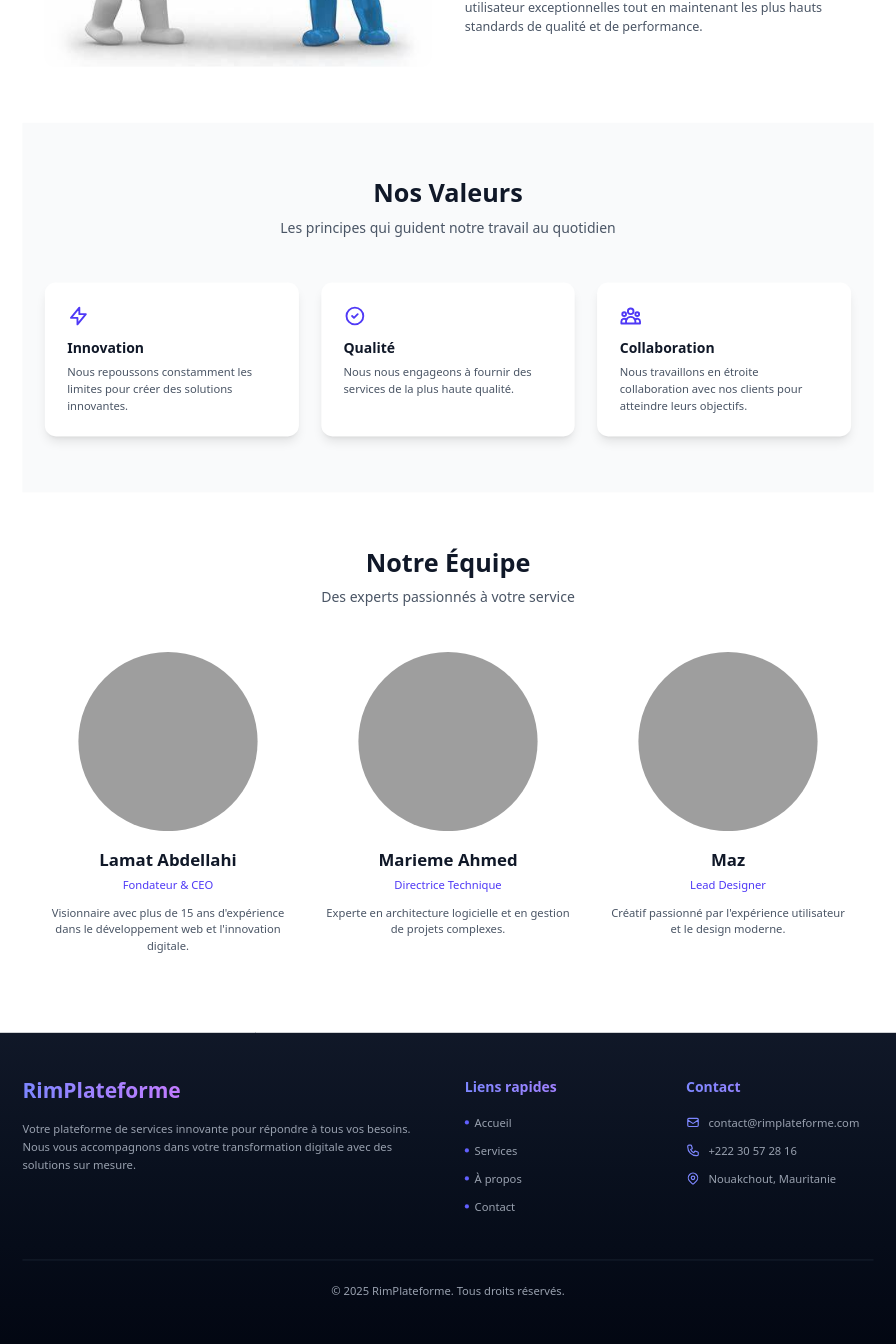
Repository: lamatmed/rimplateforme
Page: /about
These files come from the project's save history. The page is drawn as it stood at one moment and after the next save; the edit follows.
The browser window is 1280 px wide. The pictures show the part of the page from y = 1049 to 2969 px (the page is 2969 px tall), at 70% of full size.
Pictures or frames that could not be fetched are drawn as grey boxes. The project was rebuilt for these pictures with package versions that can differ from the ones it lists, and the page was loaded fresh each time. The framework's server and built-in components were replaced by stand-ins that run in the browser. Also part of the build but not shown: next.config.ts.

Above is the page before, as saved 2025-05-31 16:22:39.

After the next save:
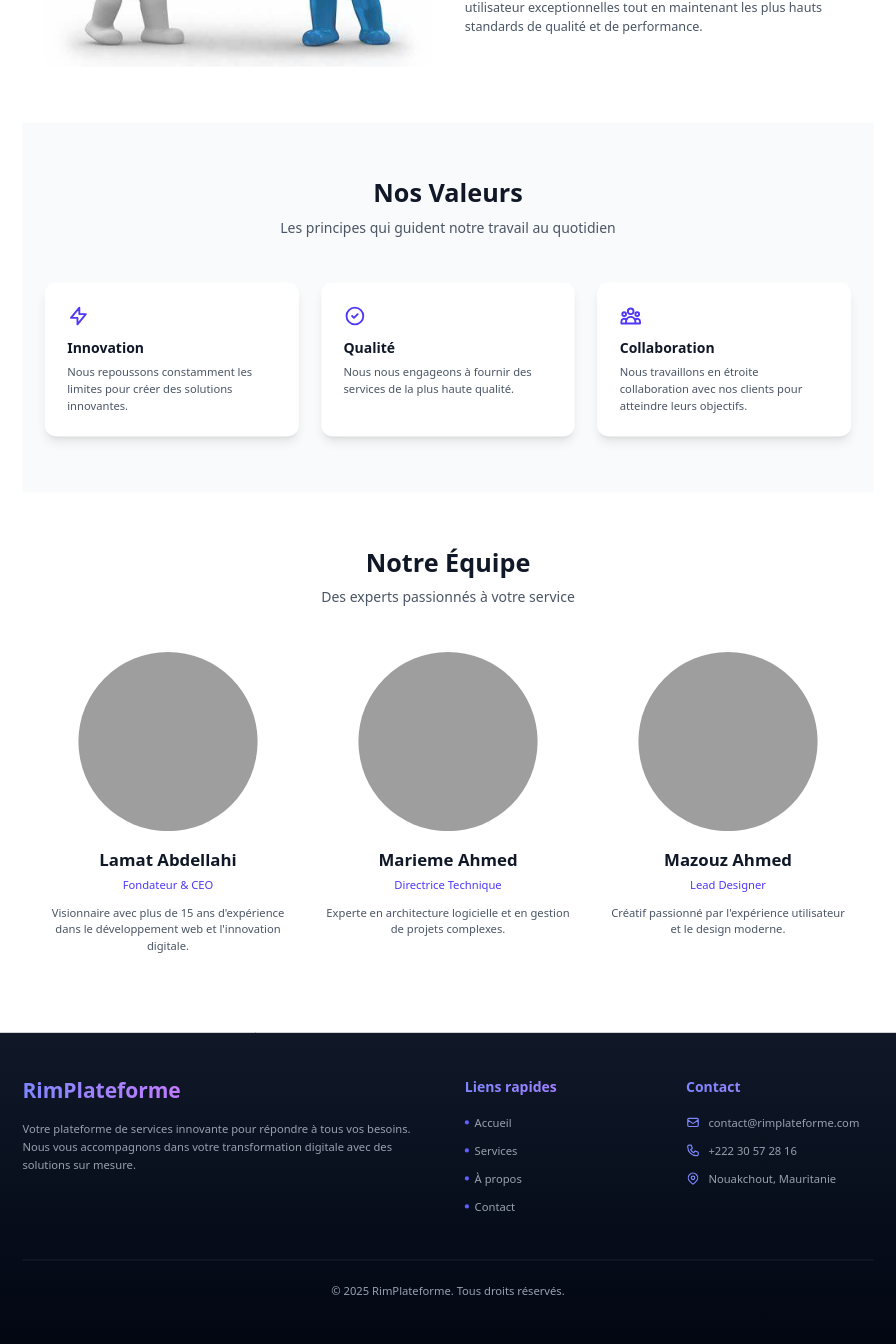
Saved 6 s later.
--- a/app/about/page.tsx
+++ b/app/about/page.tsx
@@ -18,7 +18,7 @@ const team = [
     description: 'Experte en architecture logicielle et en gestion de projets complexes.',
   },
   {
-    name: 'Maz',
+    name: 'Mazouz Ahmed',
     role: 'Lead Designer',
     image: '/team/pierre.jpg',
     description: 'Créatif passionné par l\'expérience utilisateur et le design moderne.',
